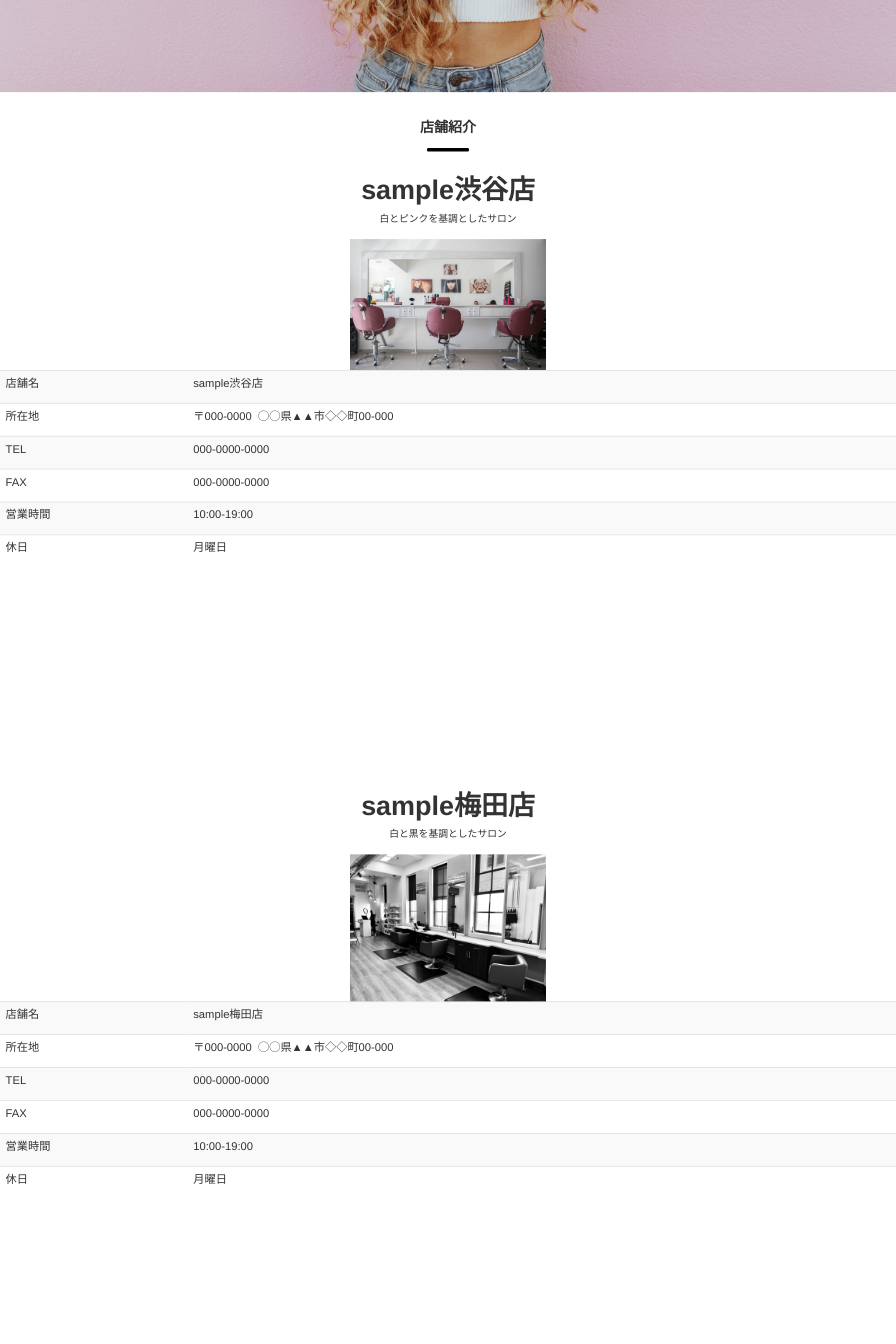
Repository: hayashikazuki/side_job_tenp_hayashi
Page: salon-tenp/profile.html
The author's editor kept a record of every edit. The page is drawn from the files as they stood at one moment, then again after the next edit.
The browser window is 1280 px wide. The pictures show the part of the page from y = 762 to 2682 px (the page is 2860 px tall before and 2910 px after), at 70% of full size.
Pictures or frames that could not be fetched are drawn as grey boxes. Some web libraries are served in a nearby version.

Above is the page before.

After the next edit:
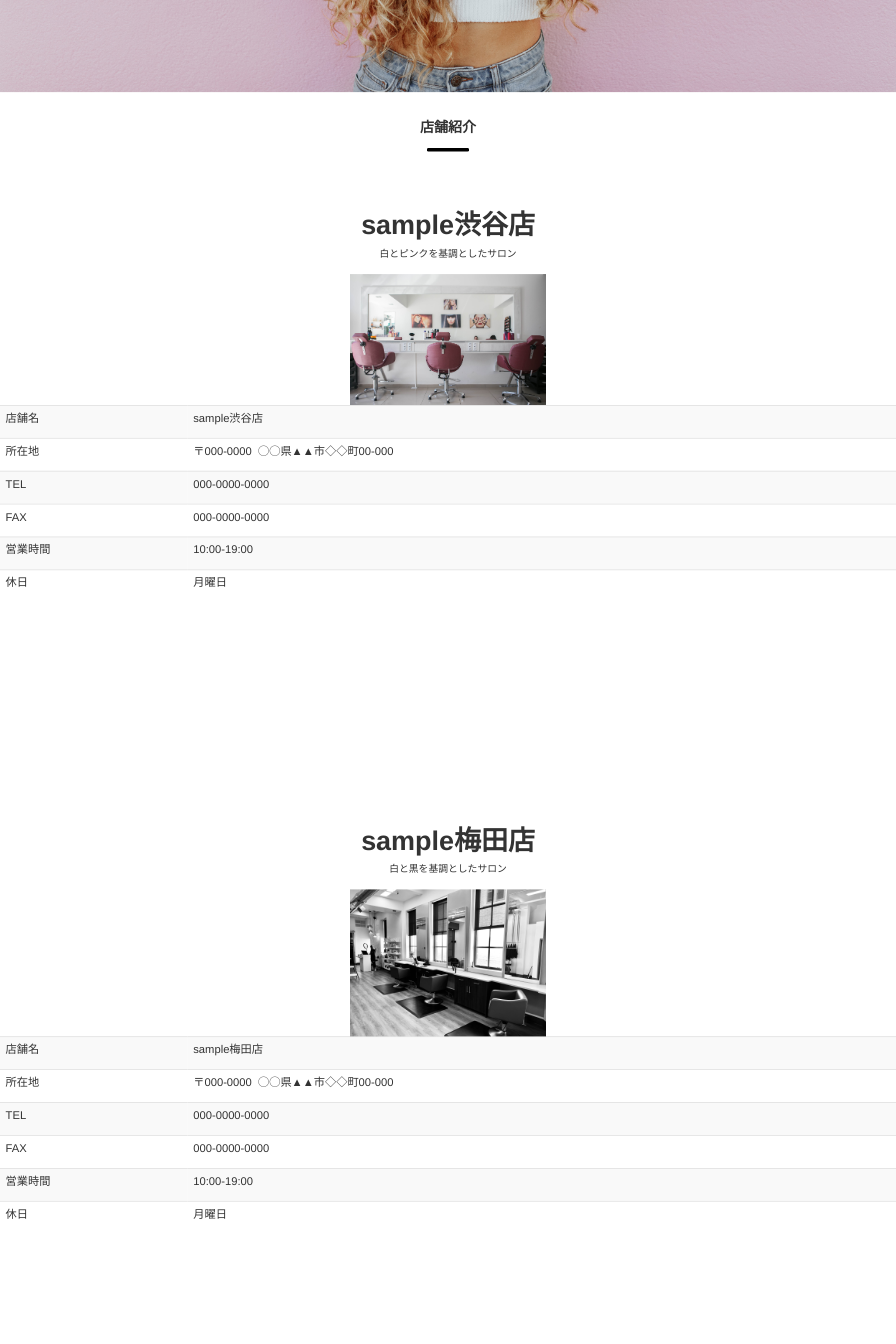
The edit:
--- a/salon-tenp/profile.css
+++ b/salon-tenp/profile.css
@@ -243,7 +243,7 @@
 
 .shop-title h1 {
   position: relative;
-  margin-bottom: 1em;
+  margin-bottom: 5em;
   font-size:20px;
  text-align:center;
 }
